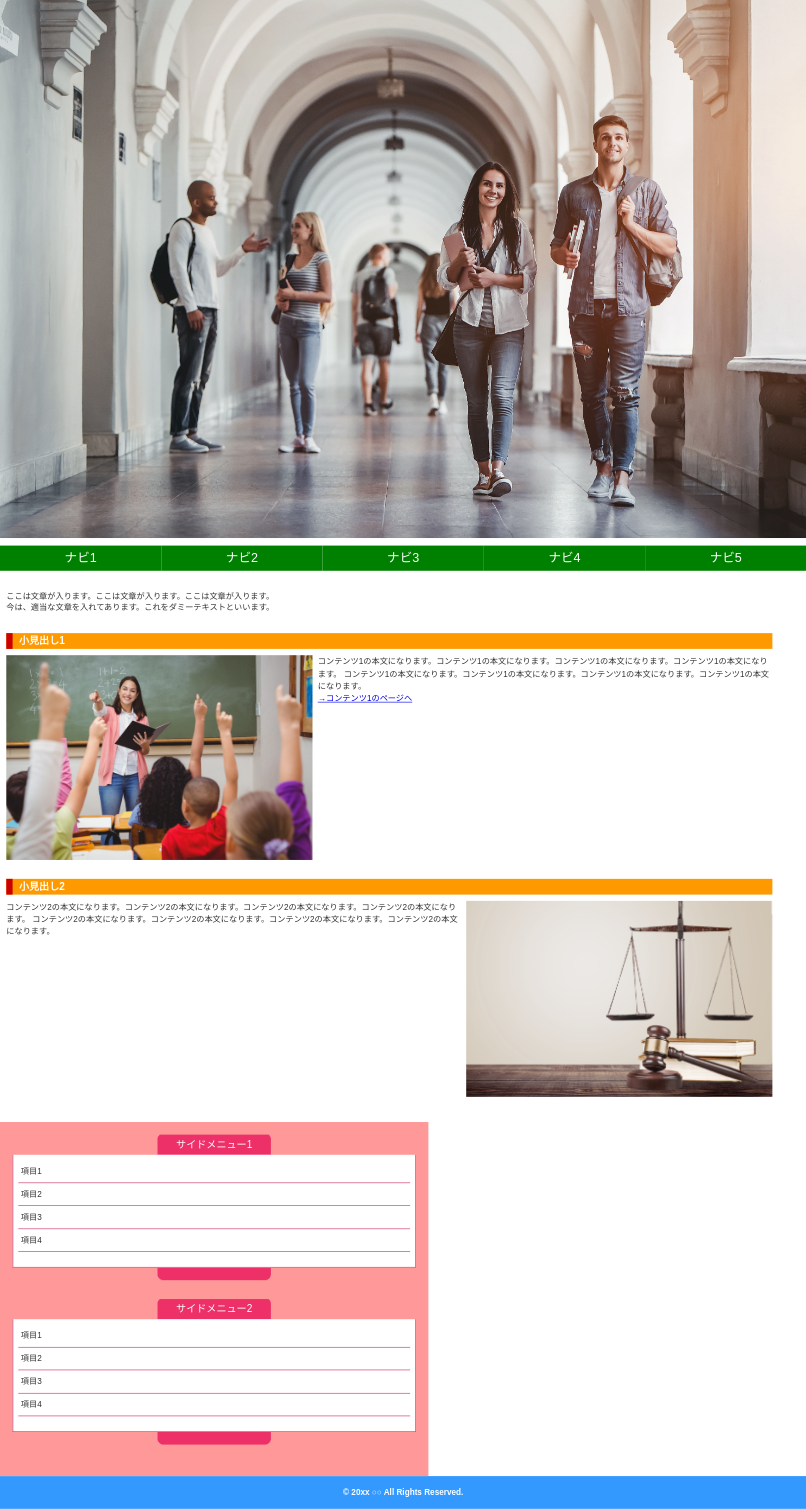
Repository: Yuuki-JP/samurai_HTML-CSS
Page: home.html
The author's editor kept a record of every edit. The page is drawn from the files as they stood at one moment, then again after the next edit.
The browser window is 1280 px wide. The pictures show the whole page, at 63% of full size.

Above is the page before.

After the next edit:
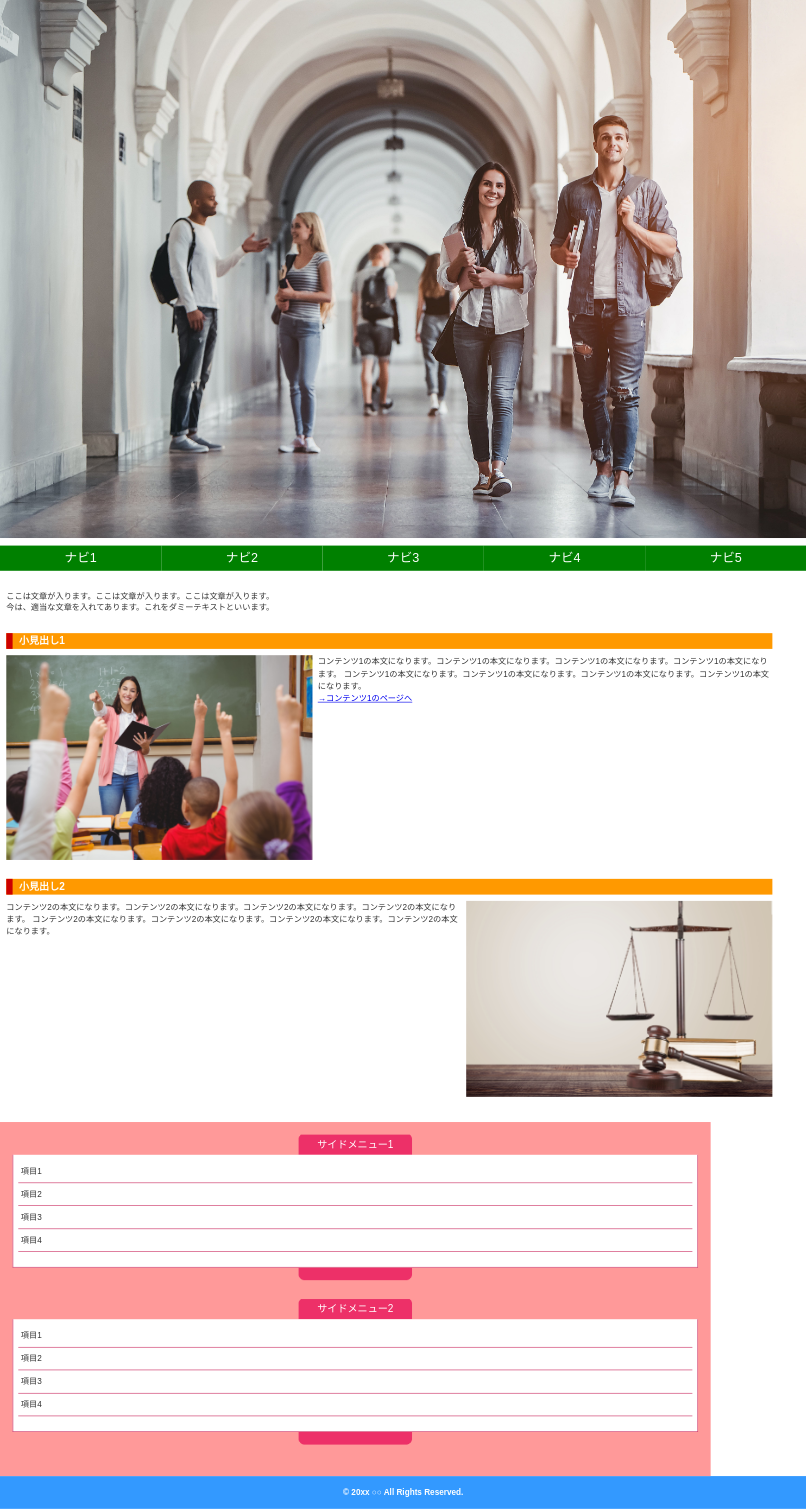
The edit:
--- a/stylesheet.css
+++ b/stylesheet.css
@@ -142,7 +142,7 @@
  /* -------------------- side -------------------- */
  #side {
 
- 	 width: 50%;
+ 	 width: 85%;
  	 padding: 20px;
  	 background-color: #F99;
   }
